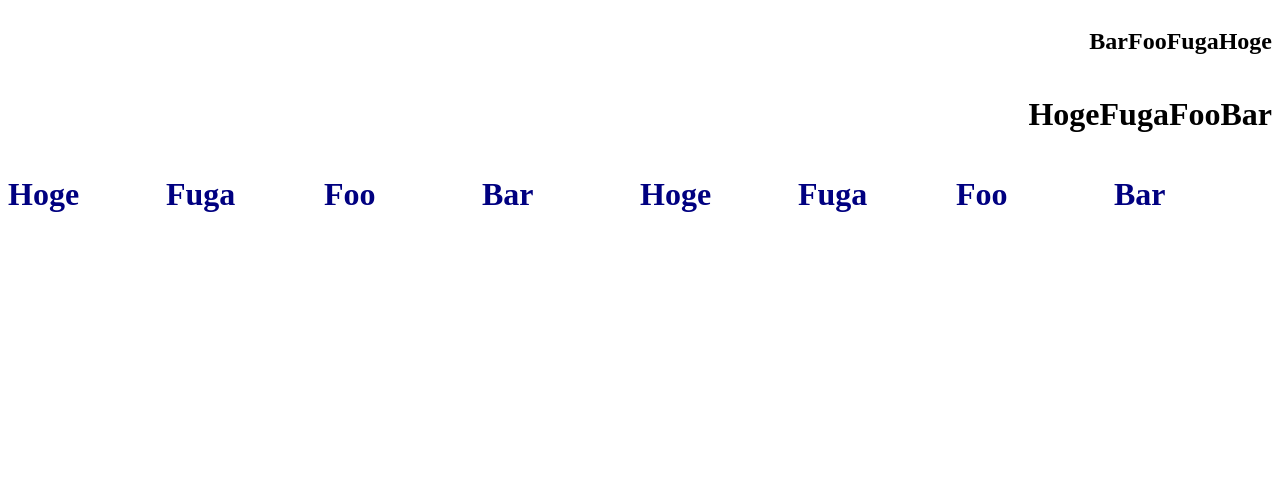
Repository: oubuzenmei/samurai_HTML-CSS
Page: index/images/hoge.html
The author's editor kept a record of every edit. The page is drawn from the files as they stood at one moment, then again after the next edit.
The browser window is 1280 px wide. The pictures show the whole page.

Above is the page before.

### index/images/hoge.html
<!DOCTYPE html>
<html lang="ja">
    <head>
        <style>
        /*    a:link {
                color: black;
            }

            a:visited {
                color: red;
            }
            h1:first-of-type {
                background-color: purple;
                color: wheat;
                width: 70%;
            }                    */

            #sort {
                display: flex;
                flex-direction: row;
                background-color: maroon;
                color: white;
            }
            #reverse {
                display: flex;
                flex-direction: row-reverse;
                background-color: olive;
            }
            #column {
                display: flex;
                flex-direction: column;
                background-color: navy;
                color: wheat;
            }
            #column-reverse {
                display: flex;
                flex-direction: column-reverse;
                background-color: teal;
                color: wheat;
            }

            #no-wrap {
                display: flex;
                flex-wrap: nowrap;
            }
            #wrap {
                display: flex;
                flex-wrap: wrap;
            }
            #wrap-reverse {
                display: flex;
                flex-wrap: wrap-reverse;
                width: 70%;
            }

            #flex-flow {
                display: flex;
                flex-flow: row-reverse wrap;
            }

            #flex-end {
                display: flex;
                justify-content: flex-end;
            }

            #stretch {
                display: flex;
                align-content: stretch;
                color: navy;
            }
            #stretch h1 {
                width: 80%;
            }
        </style>
    </head>
    <body>
    <!--
        <div id="sort">
            <h3>Hoge</h3>
            <h3>Fuga</h3>
            <h3>Foo</h3>
            <h3>Bar</h3>
        </div>
        <div id="reverse">
            <h3>Hoge</h3>
            <h3>Fuga</h3>
            <h3>Foo</h3>
            <h3>Bar</h3>
        </div>
        <div id="column">
            <h3>Hoge</h3>
            <h3>Fuga</h3>
            <h3>Foo</h3>
            <h3>Bar</h3>
        </div>
        <div id="column-reverse">
            <h3>Hoge</h3>
            <h3>Fuga</h3>
            <h3>Foo</h3>
            <h3>Bar</h3>
        </div>
                  -->

        <div id="flex-flow">
            <h2>Hoge</h2>
            <h2>Fuga</h2>
            <h2>Foo</h2>
            <h2>Bar</h2>
        </div>

        <div id="flex-end">
            <h1>Hoge</h1>
            <h1>Fuga</h1>
            <h1>Foo</h1>
            <h1>Bar</h1>
        </div>

        <div id="stretch">
            <h1>Hoge</h1>
            <h1>Fuga</h1>
            <h1>Foo</h1>
            <h1>Bar</h1>
            <h1>Hoge</h1>
            <h1>Fuga</h1>
            <h1>Foo</h1>
            <h1>Bar</h1>
        </div>
    </body>
</html>

After the next edit:
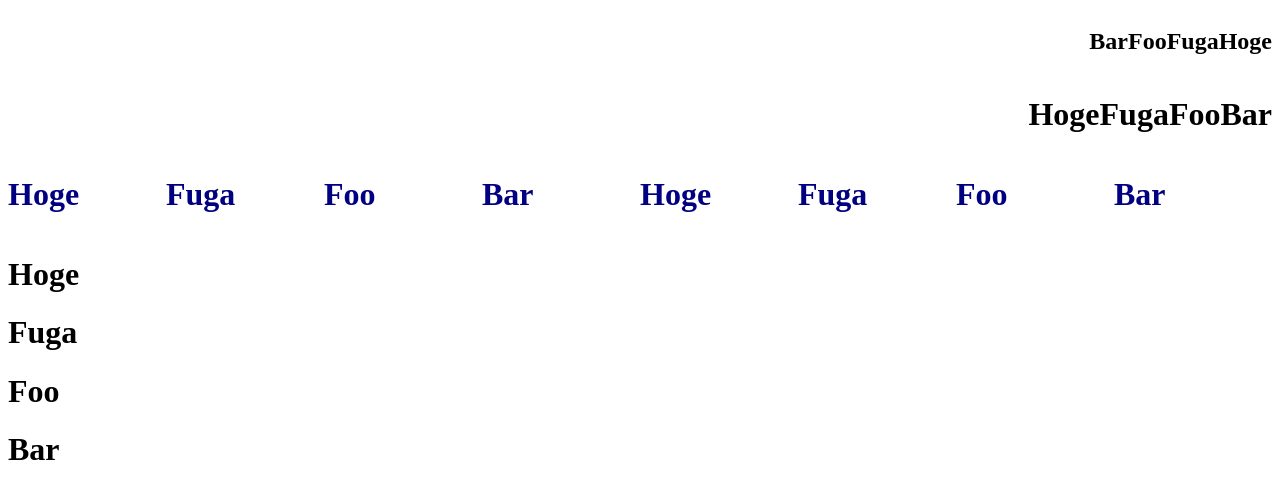
The edit:
--- a/index/images/hoge.html
+++ b/index/images/hoge.html
@@ -125,5 +125,12 @@
             <h1>Foo</h1>
             <h1>Bar</h1>
         </div>
+
+        <div id="grid">
+            <h1>Hoge</h1>
+            <h1>Fuga</h1>
+            <h1>Foo</h1>
+            <h1>Bar</h1>
+        </div>
     </body>
 </html>
